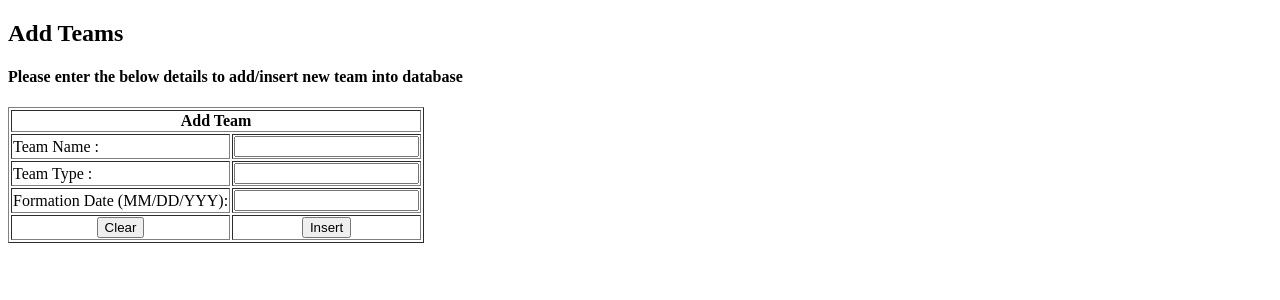
Repository: Harikiran-Madishetti/Patient-Assistance-Network
Page: http://localhost/IP_TASK7/new_teams_form.jsp
These files come from the project's save history. The page is drawn as it stood at one moment and after the next save; the edit follows.
The browser window is 1280 px wide. The pictures show the whole page.
The page is served by Tomcat 9.

Above is the page before, as saved 2020-11-18 22:26:27.

After the next save:
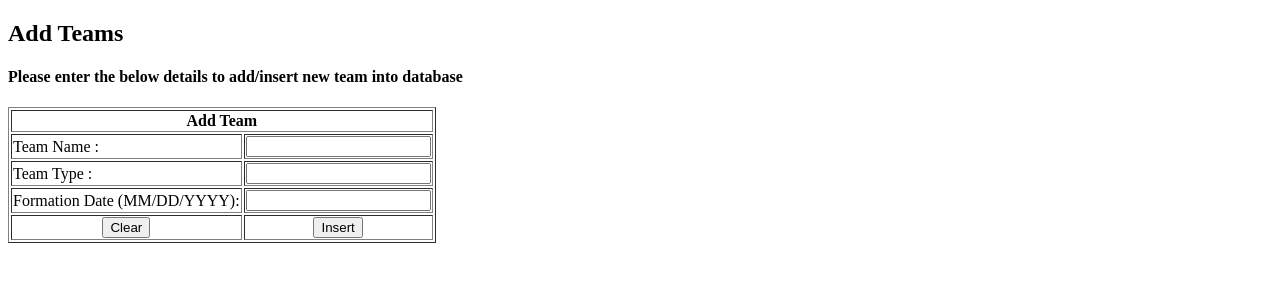
Saved 13 s later.
--- a/JDBC Connector/WEB Application/IP_TASK7/WebContent/new_teams_form.jsp
+++ b/JDBC Connector/WEB Application/IP_TASK7/WebContent/new_teams_form.jsp
@@ -30,7 +30,7 @@
                     </div></td>
                 </tr>
                 <tr>
-                    <td> Formation Date (MM/DD/YYY): </td>
+                    <td> Formation Date (MM/DD/YYYY): </td>
                     <td><div style="text-align: center;">
                     <input type=text name=formation_date>
                     </div></td>
